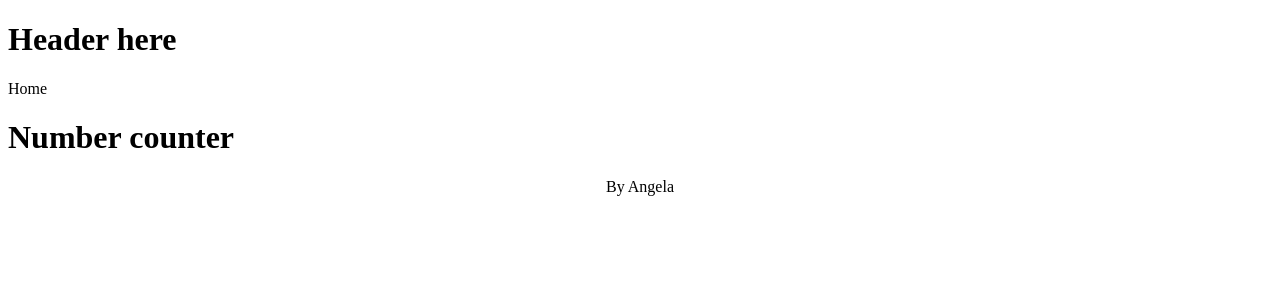
Repository: y-w-lee/class-3
Page: /ExampleFive
The author's editor kept a copy of each file at every save. The page is drawn from the files as they stood at one save, then again after a run of saves.
The browser window is 1280 px wide. The pictures show the whole page.
The project was rebuilt for these pictures with package versions that can differ from the ones it lists, and the page was loaded fresh each time. The framework's server and built-in components were replaced by stand-ins that run in the browser. Also part of the build but not shown: next.config.js.

Above is the page before, as saved 2024-01-18 13:28:23.

After the next 4 saves:
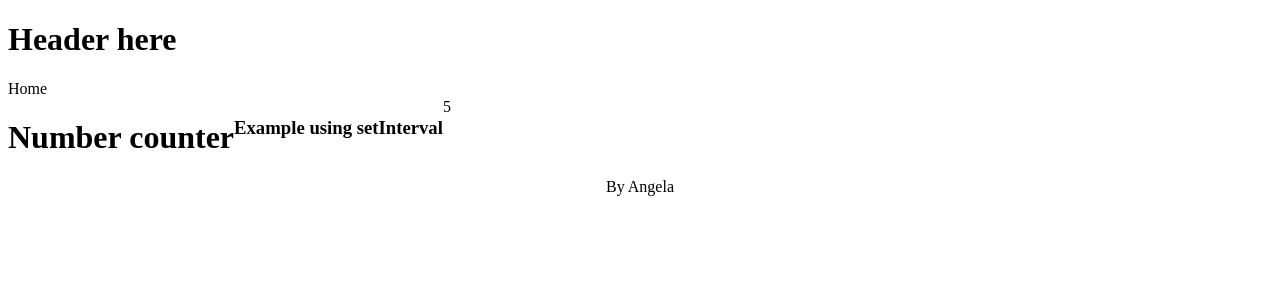
The 4 saves are shown as one change because they came seconds apart.
The last was saved 18 s later.
--- a/pages/ExampleFive.js
+++ b/pages/ExampleFive.js
@@ -29,7 +29,8 @@ export default function ExampleFive () {
                 textAlign: "center"
             }}>
                 <h1>Number counter</h1>
-                <h3></h3>
+                <h3>Example using setInterval</h3>
+                <div>{count}</div>
             </div>
         </main>
         <Footer/>
